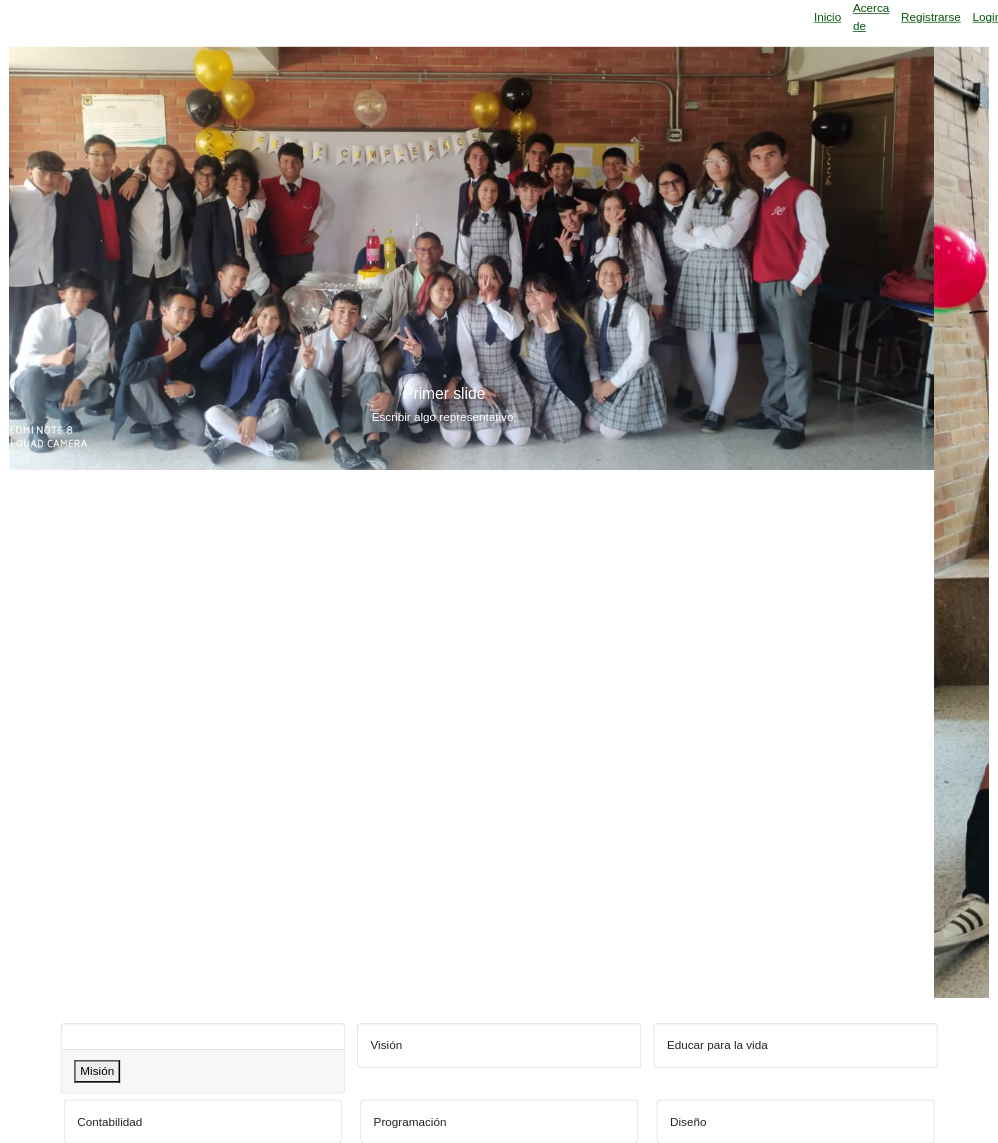
Repository: AntonnySant/webColegio
Page: index.html
The author's editor kept a copy of each file at every save. The page is drawn from the files as they stood at one save, then again after the next save.
The browser window is 1280 px wide. The pictures show the whole page, at 78% of full size.

Above is the page before, as saved 2023-10-17 17:10:15.
Console error: TypeError: Cannot set properties of null (setting 'onclick')

### index.html
<!DOCTYPE html>
<html lang="en">

<head>
    <meta charset="UTF-8">
    <meta http-equiv="X-UA-Compatible" content="IE=edge">
    <meta name="viewport" content="width=device-width, initial-scale=1.0">
    <!-- Compiled and minified CSS -->
    <link href="https://cdn.jsdelivr.net/npm/bootstrap@5.0.2/dist/css/bootstrap.min.css" rel="stylesheet"
        integrity="sha384-EVSTQN3/azprG1Anm3QDgpJLIm9Nao0Yz1ztcQTwFspd3yD65VohhpuuCOmLASjC" crossorigin="anonymous">
    <link rel="stylesheet" type="text/css" href="./styles.css">

    <title>Document</title>
</head>

<body>
    <header class="header">
        <!-- <img src="https://juandelcorral.edu.co/wp-content/uploads/2023/03/escudo_2019_verde_fondo-670x1024.png"
            id="img_logo" alt="">
        <p>COLEGIO I.T.D. JUAN DEL CORRAL I.E.D.</p> -->
        <nav>
            <ul class="nav-right-section">
                <li><a href="#">Inicio</a></li>
                <li><a href="#">Acerca de</a></li>
                <li><a href="#">Registrarse</a>
                    <!-- <button id="openModal">Registrarse</button>
                    <div id="registrationModal" class="modal">
                        <div class="modal-content">
                            <span class="close" id="closeModal">&times;</span>
                            <h2>Registro</h2>
                            <form>
                                <label for="username">Nombre de usuario:</label>
                                <input type="text" id="username" name="username" required>
                                <label for="password">Contraseña:</label>
                                <input type="password" id="password" name="password" required>
                                <button type="submit">Registrarse</button>
                            </form>
                        </div>
                    </div> -->
                </li>
                <li><a href="#">Login</a>
                    <!-- <button id="openModalBtn">Iniciar sesión</button>
                    <div id="loginModal" class="modal">
                        <div class="modal-content">
                            <span class="close" id="closeModalBtn">&times;</span>
                            <h2>Iniciar sesión</h2>
                            <form>
                                <input type="text" placeholder="Usuario">
                                <input type="password" placeholder="Contraseña">
                                <button type="submit">Iniciar sesión</button>
                            </form>
                        </div>
                    </div> -->
                </li>
            </ul>
        </nav>
    </header>






    <div class="container-fluid">
        <!-- Carrosul dinamico con las 4 imagenes  -->
        <!-- <div class="container"> -->
        <div class="row py-4">
            <div id="carrusel" class="carousel slide" data-bs-ride="carousel">
                <div class="carousel-indicators">
                    <button type="button" data-bs-target="#carouselExampleCaptions" data-bs-slide-to="0" class="active"
                        aria-current="true" aria-label="Slide 1"></button>
                    <button type="button" data-bs-target="#carouselExampleCaptions" data-bs-slide-to="1"
                        aria-label="Slide 2"></button>
                    <button type="button" data-bs-target="#carouselExampleCaptions" data-bs-slide-to="2"
                        aria-label="Slide 3"></button>
                    <button type="button" data-bs-target="#carouselExampleCaptions" data-bs-slide-to="3"
                        aria-label="Slide 4"></button>
                </div>
                <div class="carousel-inner">
                    <div class="carousel-item active">
                        <img src="foto1.jpeg" class="d-block w-100 img-fluid" alt="...">
                        <div class="carousel-caption d-none d-md-block">
                            <h5>Primer slide</h5>
                            <p>Escribir algo representativo.</p>
                        </div>
                    </div>
                    <div class="carousel-item">
                        <img src="foto2.jpeg" class="d-block w-100 img-fluid" alt="...">
                        <div class="carousel-caption d-none d-md-block">
                            <h5>Segundo slide</h5>
                            <p>Escribir algo representativo.</p>
                        </div>
                    </div>

                    <div class="carousel-item">
                        <img src="foto3.jpeg" class="d-block w-100 img-fluid" alt="...">
                        <div class="carousel-caption d-none d-md-block">
                            <h5>Tercer slide</h5>
                            <p>Escribir algo representativo.</p>
                        </div>
                    </div>

                    <div class="carousel-item">
                        <img src="foto4.jpeg" class="d-block w-100 img-fluid" alt="...">
                        <div class="carousel-caption d-none d-md-block">
                            <h5>Cuarto slide</h5>
                            <p>Escribir algo representativo.</p>
                        </div>
                    </div>
                </div>
                <button class="carousel-control-prev" type="button" data-bs-target="#carouselExampleCaptions"
                    data-bs-slide="prev">
                    <span class="carousel-control-prev-icon" aria-hidden="true"></span>
                    <span class="visually-hidden">Previous</span>
                </button>
                <button class="carousel-control-next" type="button" data-bs-target="#carouselExampleCaptions"
                    data-bs-slide="next">
                    <span class="carousel-control-next-icon" aria-hidden="true"></span>
                    <span class="visually-hidden">Next</span>
                </button>
                <!-- </div> -->
            </div>
        </div>
        <!--Cierre carrusel-->

        <div class="container">
            <div class="row">
                <div class="col-xs-12 col-md-4 p-2">
                    <div class="card">
                        <div class="card-body">

                            <!-- Button trigger modal -->



                            <!-- Modal -->
                            <div class="modal fade" id="exampleModal" tabindex="-1" aria-labelledby="exampleModalLabel"
                                aria-hidden="true">
                                <div class="modal-dialog">
                                    <div class="modal-content">
                                        <div class="modal-header">
                                            <h5 class="modal-title" id="exampleModalLabel">Modal title</h5>
                                            <button type="button" class="btn-close" data-bs-dismiss="modal"
                                                aria-label="Close"></button>
                                        </div>
                                        <div class="modal-body">
                                            ...
                                        </div>
                                        <div class="modal-footer">
                                            <button type="button" class="btn btn-secondary"
                                                data-bs-dismiss="modal">Close</button>
                                            <button type="button" class="btn btn-primary">Save changes</button>
                                        </div>
                                    </div>
                                </div>
                            </div>
                        </div>
                        <div class="card-footer">
                            <button type="button" class="" data-bs-toggle="modal"
                                data-bs-target="#exampleModal">
                                Misión
                            </button>
                        </div>
                    </div>
                </div>
                <div class="col-xs-12 col-md-4 p-2">
                    <div class="card">
                        <div class="card-body">
                            Visión
                            <div class="modal" tabindex="-1">
                                <div class="modal-dialog">
                                    <div class="modal-content">
                                        <div class="modal-header">
                                            <h5 class="modal-title">Modal title</h5>
                                            <button type="button" class="btn-close" data-bs-dismiss="modal"
                                                aria-label="Close"></button>
                                        </div>
                                        <div class="modal-body">
                                            <p>Modal body text goes here.</p>
                                        </div>
                                        <div class="modal-footer">
                                            <button type="button" class="btn btn-secondary"
                                                data-bs-dismiss="modal">Close</button>
                                            <button type="button" class="btn btn-primary">Save changes</button>
                                        </div>
                                    </div>
                                </div>
                            </div>
                        </div>
                    </div>
                </div>
                <div class="col-xs-12 col-md-4 p-2">
                    <div class="card">
                        <div class="card-body">
                            Educar para la vida
                        </div>
                    </div>
                </div>
            </div>
        </div>

        <div class="container">
            <div class="row">
                <div class="col">
                    <div class="card">
                        <div class="card-body">
                            Contabilidad
                        </div>
                    </div>
                </div>
                <div class="col">
                    <div class="card">
                        <div class="card-body">
                            Programación
                        </div>
                    </div>
                </div>
                <div class="col">
                    <div class="card">
                        <div class="card-body">
                            Diseño
                        </div>
                    </div>
                </div>
            </div>
        </div>
    </div>

    <!-- Compiled and minified JavaScript -->
    <script src="https://cdn.jsdelivr.net/npm/bootstrap@5.0.2/dist/js/bootstrap.bundle.min.js"
        integrity="sha384-MrcW6ZMFYlzcLA8Nl+NtUVF0sA7MsXsP1UyJoMp4YLEuNSfAP+JcXn/tWtIaxVXM" crossorigin="anonymous">
    </script>
    <script src="script.js"></script>
</body>

</html>

### styles.css
/* styles.css */
/* Estilos para el encabezado */
body {
    margin: 0;
    padding: 0;
    font-size: 15px;
    font-family: Arial, Helvetica, sans-serif;
}
.carousel-indicators{
  z-index: 1;
}
.header {
    position: fixed;
    /* top: 0;
    left: 0; */
    width: 100%;
    height: 60px;
    background-color: white;
    /* padding: 10px 0; */
    z-index: 1;
  }

  header nav {
    display: flex;
    justify-content: flex-end;
  }

  header nav .nav-right-section {
    width: 250px;
    height: auto;
    display: flex;
    list-style: none;
    justify-content: center;
    align-items: center;
  }

  nav .nav-right-section a {
    /* text-decoration: none; */
    margin-right: 15px;
    color: #07540E;
  }

  /* .header ul {
    list-style: none;
    margin: 0;
    padding: 0;
    float: right;
    margin: 15px;
  }

  .header ul li {
    display: flex;
    margin-right: 20px;
  }

  .header ul li:last-child {
    margin-right: 0;
  } */

  header p{
    margin-top: 15px;
    font-family: Arial, Helvetica, sans-serif;
    font-size: 36px;
    text-align: left;
    color: #07540E;

  }

  /* .content {
    margin-top: 60px;
  } */

  #carrusel {
    /* z-index: -2; */
  }

.modal {
    display: none;
    position: fixed;
    top: 0;
    left: 0;
    width: 100%;
    height: 100%;
    background-color: rgba(0,0,0,0.5);
  }

  .modal-content {
    background-color: #fff;
    margin: 10% auto;
    padding: 20px;
    width: 300px;
    box-shadow: 0 4px 8px 0 rgba(0,0,0,0.2);
  }
  .modal-backdrop{
    z-index: 0;
  }
  .close {
    float: right;
    font-size: 24px;
    cursor: pointer;
  }

  /* Estilos para el modal */
.modal {
    display: none;
    position: fixed;
    z-index: 1;
    left: 0;
    top: 0;
    width: 100%;
    height: 100%;
    background-color: rgba(0,0,0,0.7);
  }

  .modal-content {
    background-color: #fefefe;
    margin: 10% auto;
    padding: 20px;
    border: 1px solid #888;
    width: 50%;
  }

  .close {
    float: right;
    font-size: 20px;
    cursor: pointer;
  }

  /* Estilos para el botón "Registrarse" */
  #openModal {
    display: inline-block;
    padding: 10px 20px;
    background-color: #007bff;
    color: #fff;
    border: none;
    cursor: pointer;
  }

  /* Estilos para el formulario dentro del modal */
  form {
    display: flex;
    flex-direction: column;
  }

  label, input, button {
    margin: 5px 0;
  }

  img {
    height: 600px;
  }

  #img_logo {
    width: 120px;
    height: 140px;
    float: left;
    margin: 15px;
    margin-top: 10px;
  }


  /* Añade estilos adicionales según tu preferencia */

### script.js
// script.js
document.getElementById("openModalBtn").onclick = function() {
    document.getElementById("loginModal").style.display = "block";
  }

  document.getElementById("closeModalBtn").onclick = function() {
    document.getElementById("loginModal").style.display = "none";
  }

  window.onclick = function(event) {
    if (event.target === document.getElementById("loginModal")) {
      document.getElementById("loginModal").style.display = "none";
    }
  }


const openModalButton = document.getElementById("openModal");
const closeModalButton = document.getElementById("closeModal");
const registrationModal = document.getElementById("registrationModal");

openModalButton.addEventListener("click", () => {
  registrationModal.style.display = "block";
});

closeModalButton.addEventListener("click", () => {
  registrationModal.style.display = "none";
});

window.addEventListener("click", (event) => {
  if (event.target === registrationModal) {
    registrationModal.style.display = "none";
  }
});

var myModal = document.getElementById('myModal')
var myInput = document.getElementById('myInput')

myModal.addEventListener('shown.bs.modal', function () {
  myInput.focus()
})

After the next save:
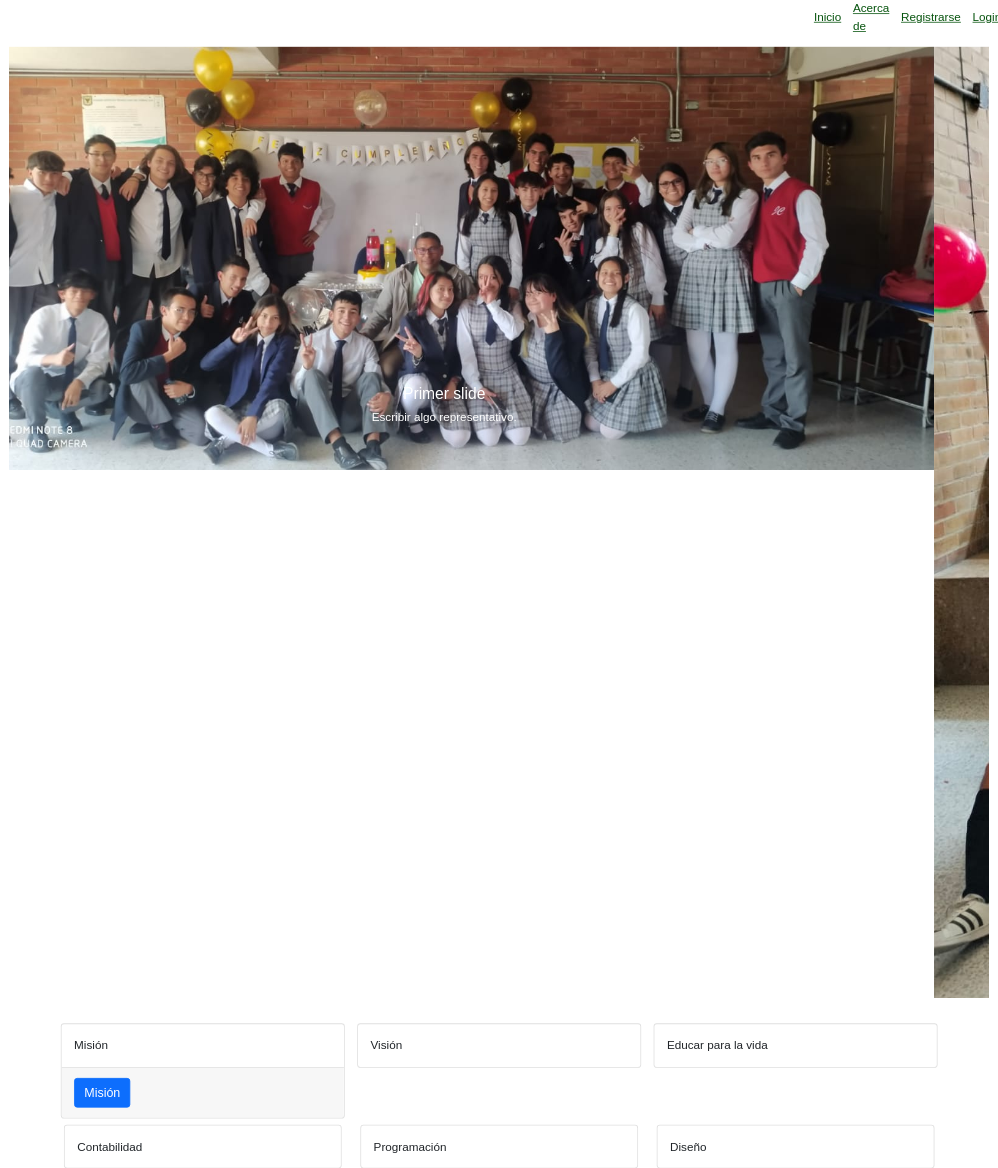
Saved 33 s later.
--- a/index.html
+++ b/index.html
@@ -131,7 +131,7 @@
 
                             <!-- Button trigger modal -->
 
-
+                            <a data-bs-toggle="modal" data-bs-target="#exampleModal"> Misión</a>
 
                             <!-- Modal -->
                             <div class="modal fade" id="exampleModal" tabindex="-1" aria-labelledby="exampleModalLabel"
@@ -156,7 +156,7 @@
                             </div>
                         </div>
                         <div class="card-footer">
-                            <button type="button" class="" data-bs-toggle="modal"
+                            <button type="button" class="btn btn-primary" data-bs-toggle="modal"
                                 data-bs-target="#exampleModal">
                                 Misión
                             </button>
